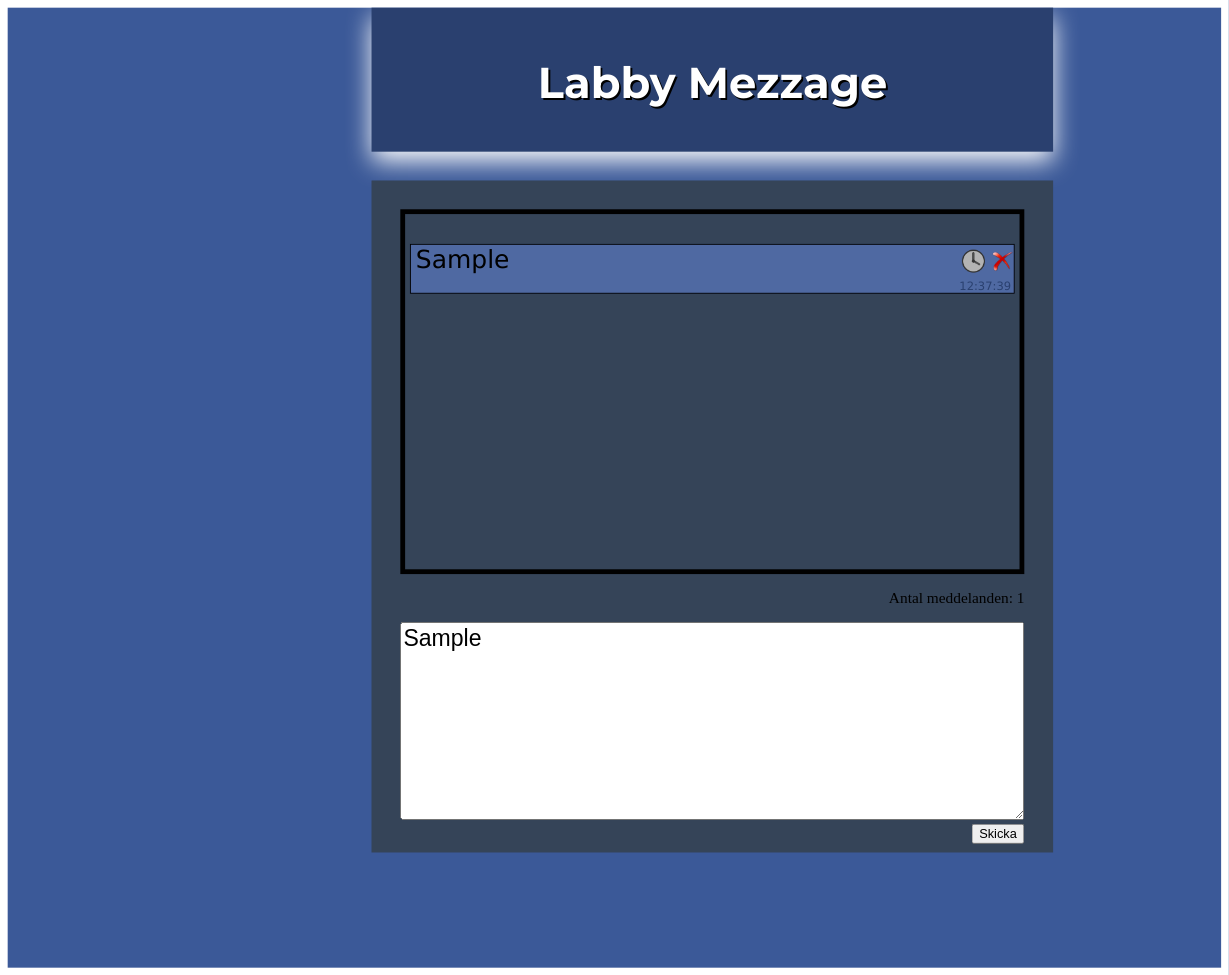
Repository: lw222gz/1dv403-laborationer-lw222gz
Page: 2-labbymezzage/index.html
The author's editor kept a record of every edit. The page is drawn from the files as they stood at one moment, then again after the next edit.
The browser window is 1280 px wide. The pictures show the whole page, at 96% of full size.
Empty fields were first filled with sample values (such as "Sample", 5 or name@example.com).
After loading, the first visible `#send` was clicked once.

Above is the page before.
Console error: ReferenceError: RemoveText is not defined

After the next edit:
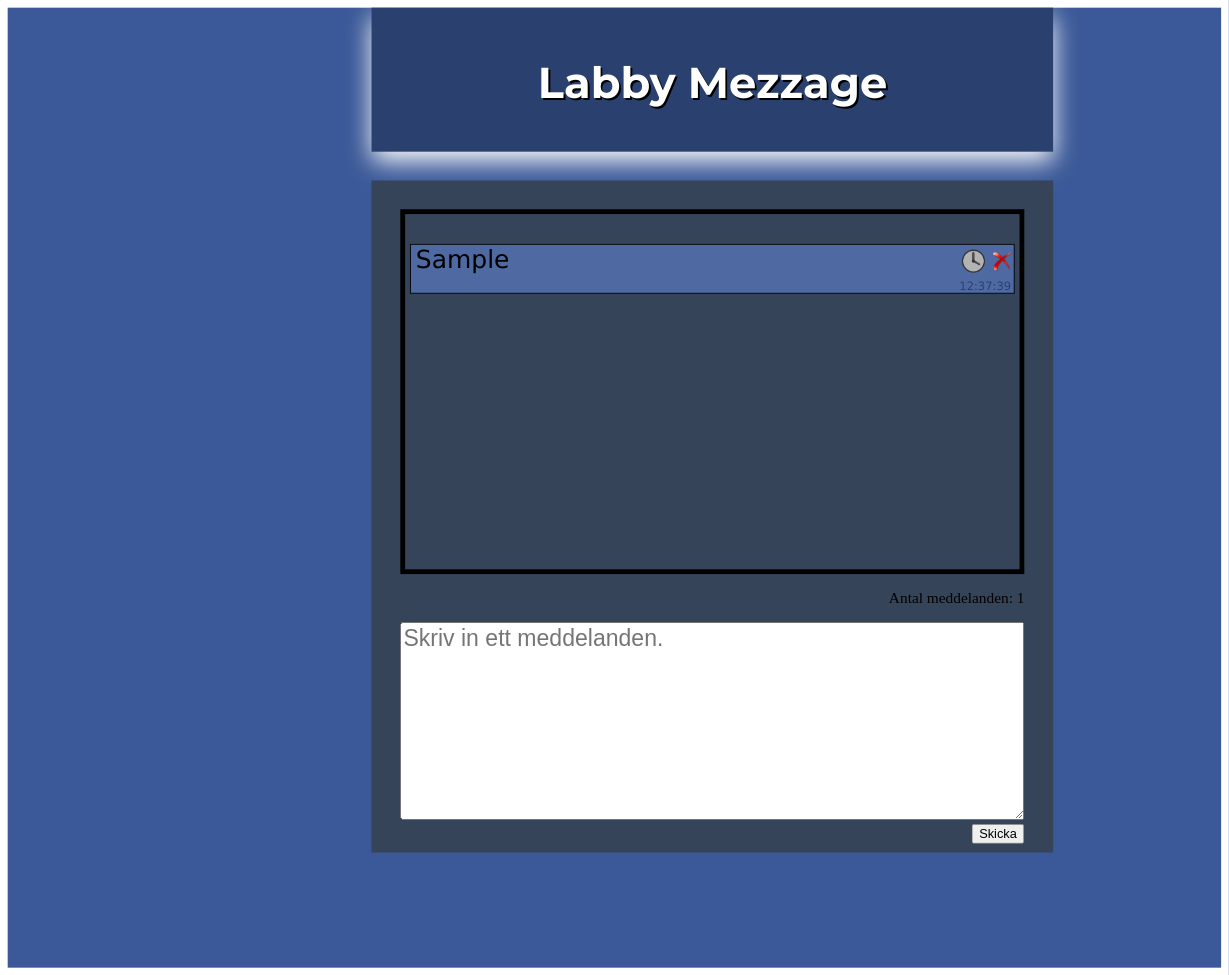
The error is gone.
The edit:
--- a/2-labbymezzage/LabbyMessage.js
+++ b/2-labbymezzage/LabbyMessage.js
@@ -30,7 +30,7 @@
         messages.push(myObj);
 
         renderMessage(messages.length-1);
-        RemoveText();
+        removeText();
         }
         });
 
